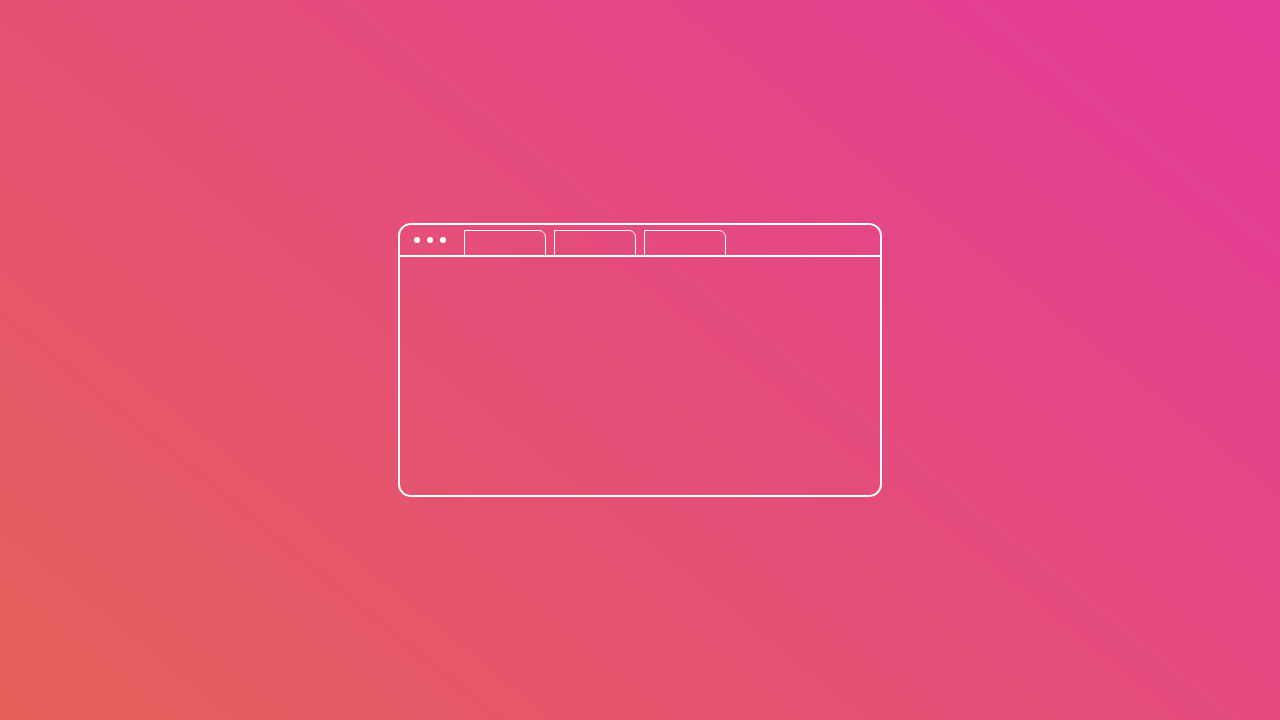
Repository: wrzonki/3d-css
Page: index.html
An editor plug-in stored every save of this project. The page is shown before and after the next save, followed by the edit.
The browser window is 1280 px wide. The pictures show the whole page.
The style sheet was rebuilt from its Sass, Less or Tailwind sources for each picture, by a compiler version that may differ from the author's.

Above is the page before, as saved 2019-11-25 21:19:03.

After the next save:
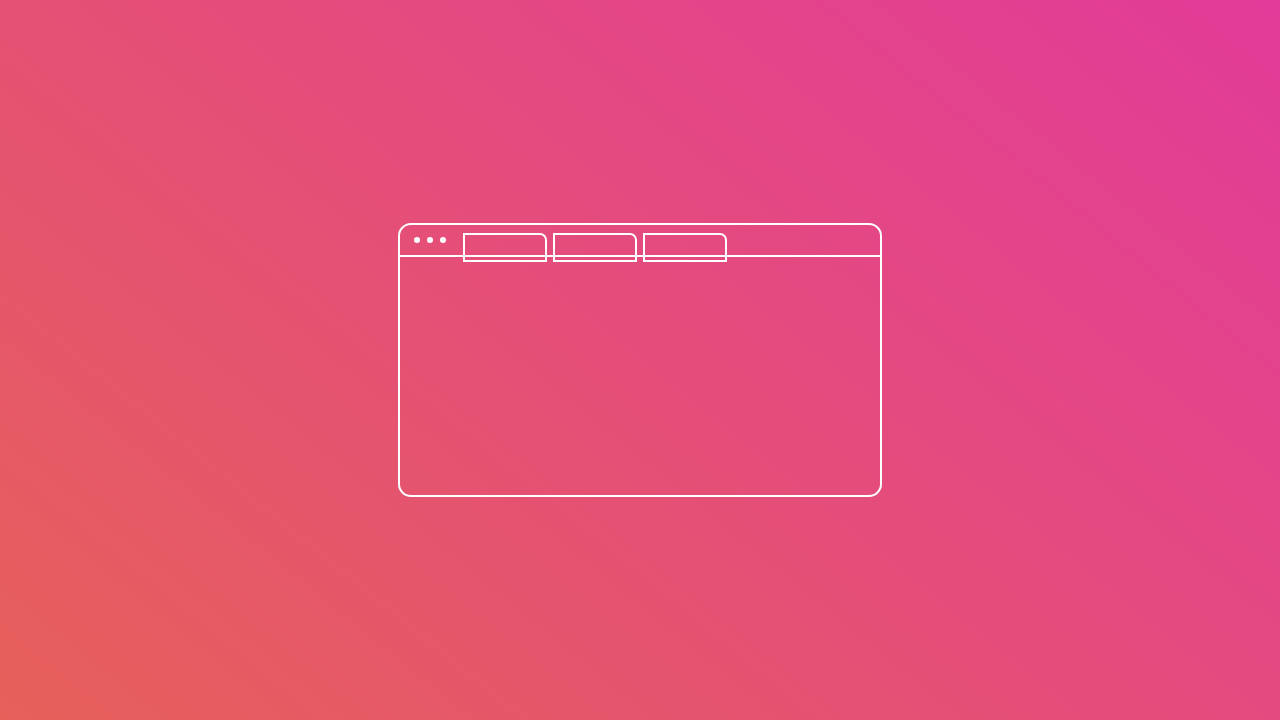
Saved 8 s later.
--- a/index.scss
+++ b/index.scss
@@ -67,7 +67,7 @@ body {
         }
         .tabs {
             width: 90px * 3;
-            height: 20px;
+            height: 15px;
             display: flex;
             justify-content: space-around;
             align-items: baseline;
@@ -77,7 +77,7 @@ body {
             border-top-right-radius: 7px;
             width: 80px;
             height: 25px;
-            border: 1px solid #fff;
+            border: 2px solid #fff;
         }
     }
 
